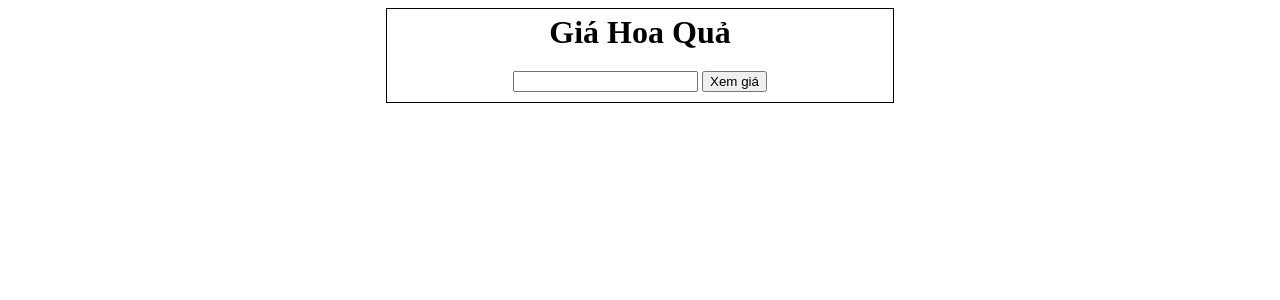
Repository: tungts3qb/BTCodeGym
Page: giahoaqua.html
The author's editor kept a copy of each file at every save. The page is drawn from the files as they stood at one save, then again after the next save.
The browser window is 1280 px wide. The pictures show the whole page.

Above is the page before, as saved 2023-01-04 11:04:24.

### giahoaqua.html
<!DOCTYPE html>
<html lang="en">
  <head>
    <meta charset="UTF-8" />
    <meta http-equiv="X-UA-Compatible" content="IE=edge" />
    <meta name="viewport" content="width=device-width, initial-scale=1.0" />
    <title>Document</title>
  </head>
  <body>
    <style>
      .check-fruit-form {
        border: solid 1px black;
        max-width: 40%;
        margin: 0 auto;
        display: flex;
        flex-direction: column;
        justify-content: center;
        align-items: center;
      }

      h1 {
        margin: 0;
        margin-top: 5px;
        margin-bottom: 20px;
      }
      .input-box {
        margin-bottom: 10px;
      }
      .price {
      }
      .input-box {
        max-width: 100%;
      }
    </style>
    <div class="check-fruit-form">
      <h1>Giá Hoa Quả</h1>
      <div class="input-box">
        <input type="text" name="" id="price" />
        <button class="check-price">Xem giá</button>
      </div>
    </div>
  </body>
</html>

After the next save:
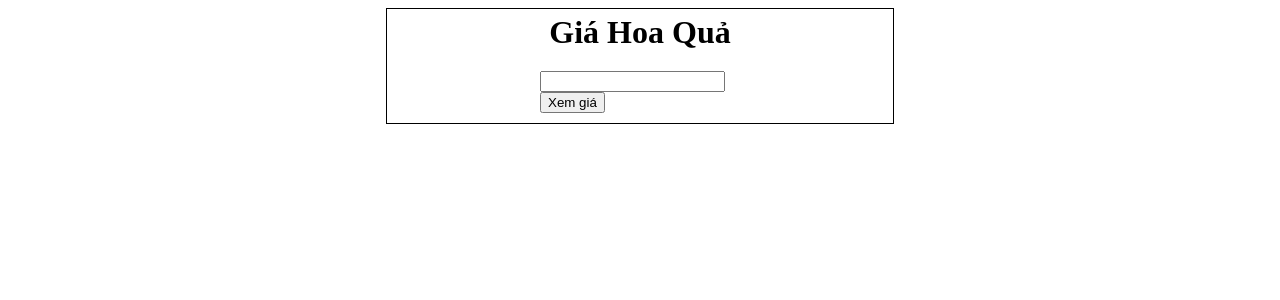
Saved 7 s later.
--- a/giahoaqua.html
+++ b/giahoaqua.html
@@ -29,7 +29,7 @@
       .price {
       }
       .input-box {
-        max-width: 100%;
+        width: 200px;
       }
     </style>
     <div class="check-fruit-form">

After the save that followed:
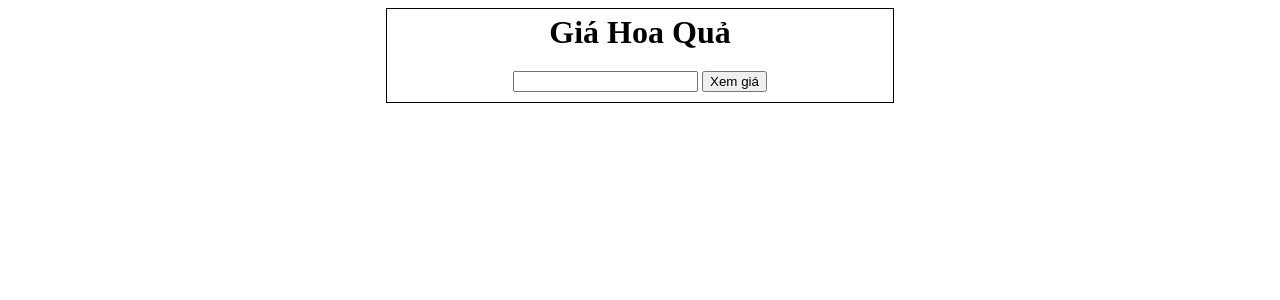
Saved 18 s later.
--- a/giahoaqua.html
+++ b/giahoaqua.html
@@ -29,7 +29,6 @@
       .price {
       }
       .input-box {
-        width: 200px;
       }
     </style>
     <div class="check-fruit-form">
